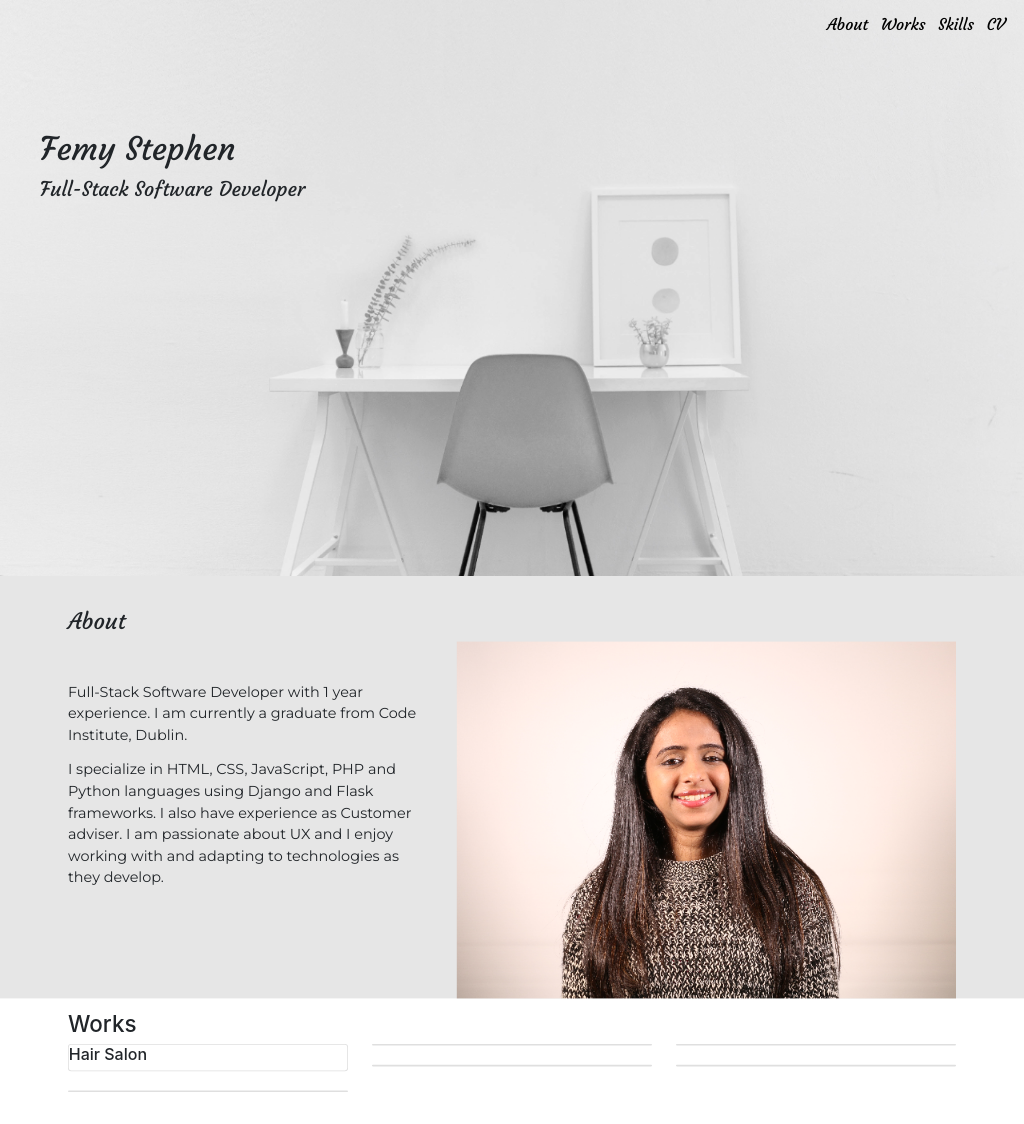
Repository: femy16/FemyStephen
Page: index.html
The author's editor kept a record of every edit. The page is drawn from the files as they stood at one moment, then again after the next edit.
The browser window is 1280 px wide. The pictures show the whole page, at 80% of full size.
Backgrounds fixed to the window are drawn as part of the page. Some web libraries are served in a nearby version.

Above is the page before.
Not found: hover.css

### index.html
<!DOCTYPE html>
<html lang="en">

<head>
    <meta charset="UTF-8">
    <meta name="viewport" content="width=device-width, initial-scale=1.0">
    <meta http-equiv="X-UA-Compatible" content="ie=edge">
    <link href="https://fonts.googleapis.com/css?family=Courgette|Kaushan+Script|Montserrat:300i&display=swap" rel="stylesheet">
    <link rel="stylesheet" href="https://use.fontawesome.com/releases/v5.3.1/css/all.css" integrity="sha384-mzrmE5qonljUremFsqc01SB46JvROS7bZs3IO2EmfFsd15uHvIt+Y8vEf7N7fWAU" crossorigin="anonymous">
    <link rel="stylesheet" href="hover.css" type="text/css" />
    <link rel="stylesheet" href="https://maxcdn.bootstrapcdn.com/bootstrap/4.0.0/css/bootstrap.min.css" integrity="sha384-Gn5384xqQ1aoWXA+058RXPxPg6fy4IWvTNh0E263XmFcJlSAwiGgFAW/dAiS6JXm" crossorigin="anonymous">
    <link rel="stylesheet" href="style.css" type="text/css" />
    <link href="https://fonts.googleapis.com/css?family=Montserrat" rel="stylesheet">
    <title>Femy Stephen</title>
</head>

<body>
    <header id="landing-view">


        <nav class="navbar navbar-expand-md navbar-masthead navbar-default navbar-fixed-top">
            <div class="container topmenu">


                <button class="navbar-toggler" type="button" data-toggle="collapse" data-target="#collapsibleNavbar">
    <span class="fa fa-bars" ></span>
  </button>
            </div>
            <div class="collapse navbar-collapse" id="collapsibleNavbar">
                <ul class="navbar-nav">
                    <li class="nav-item">
                        <a class="nav-link" href="#about">About</a>
                    </li>
                    <li class="nav-item">
                        <a class="nav-link" href="#works">Works</a>
                    </li>
                    <li class="nav-item">
                        <a class="nav-link" href="products.html">Skills</a>
                    </li>
                    <li class="nav-item">
                        <a class="nav-link" href="contac_us.html">CV</a>
                    </li>
                </ul>
            </div>
        </nav>
        <div class="headercontainer">
            <h1 class="name">Femy Stephen</h1>
            <p class="title">Full-Stack Software Developer</p>

        </div>

    </header>
    <!--<div class="spacer"></div>-->
    <main>
        <div id="about">
            <div class="container">
                <h3 class="abouthead">About</h3>
                <div class="row">
                    <p>
                        <div class="col discri">
                            <p>Full-Stack Software Developer with 1 year experience. I am currently a graduate from Code Institute, Dublin.</p>
                            <p>I specialize in HTML, CSS, JavaScript, PHP and Python languages using Django and Flask frameworks. I also have experience as Customer adviser. I am passionate about UX and I enjoy working with and adapting to technologies as
                                they develop.</p>
                        </div>
                        <div class="col"><img src="images/fmimg.JPG"></div>
                </div>
                </p>
            </div>
        </div>


        <div id="works">
            <div class="container">
                <h3 class="workshead">Works</h3>
                <div class="row">
                    <p>
                        <div class="col workbox">
                            <div class="card">
                                <h5>Hair Salon</h5>
                                </div><br />
                                <div class="card">
                                </div><br />

                        </div>
                        <div class="col">
                             <div class="card">
                                </div><br />
                            <div class="card">
                                </div><br />
                        </div>
                        <div class="col">


                                <div class="card">
                                </div><br />
                                <div class="card">
                                </div><br />
                        </div>
                </div>
                </p>
            </div>
        </div>

    </main>

    <footer>

    </footer>



    <script src="https://code.jquery.com/jquery-3.2.1.slim.min.js" integrity="sha384-KJ3o2DKtIkvYIK3UENzmM7KCkRr/rE9/Qpg6aAZGJwFDMVNA/GpGFF93hXpG5KkN" crossorigin="anonymous"></script>
    <script src="https://cdnjs.cloudflare.com/ajax/libs/popper.js/1.12.9/umd/popper.min.js" integrity="sha384-ApNbgh9B+Y1QKtv3Rn7W3mgPxhU9K/ScQsAP7hUibX39j7fakFPskvXusvfa0b4Q" crossorigin="anonymous"></script>
    <script src="https://maxcdn.bootstrapcdn.com/bootstrap/4.0.0/js/bootstrap.min.js" integrity="sha384-JZR6Spejh4U02d8jOt6vLEHfe/JQGiRRSQQxSfFWpi1MquVdAyjUar5+76PVCmYl" crossorigin="anonymous"></script>
</body>

</html>

### style.css
.navbar {
    background-color: transparent;
    text-align:right;

}

.navbar-fixed-top .container {

    text-align: right;
    margin-right: 1%;
    margin-top: 1%;

}
#landing-view {
    background-attachment: fixed;
    background-image: url('images/landing.jpg');
    background-position: bottom;
    background-size: cover;
    height: 100vh;
    width: 100vw;
    margin-bottom: 0px;
    z-index: 1;
}

body{

    /*background-color: #fdfdfd;*/
    width: 100%;
}


/*.spacer {*/
/*    width: 100%;*/
/*    height: 170px;*/
/*}*/


.nav-link {
    font-family: 'Courgette', cursive;
    font-size: 20px;
    color: black;
    padding-left: 40px;
    padding-right: 40px;
}

/*.nav-item {*/
/*    display: inline-block;*/
/*    padding: 10px;*/
/*    padding-left: 40px;*/
/*    padding-right: 40px;*/
/*}*/
.headercontainer{
    margin-top:100px;
   padding-left: 50px;
   font-family: 'Courgette', cursive;

}
.title{
    font-size:25px;

}
.name{
    font-size:40px;
}
#about{
    background-color: #e6e6e6;
}
.abouthead{
    padding-top:40px;
    font-family: 'Courgette', cursive;
}
.discri{
    margin-top:50px;
    font-family: 'Montserrat', sans-serif;
    font-size: 18px;
}

After the next edit:
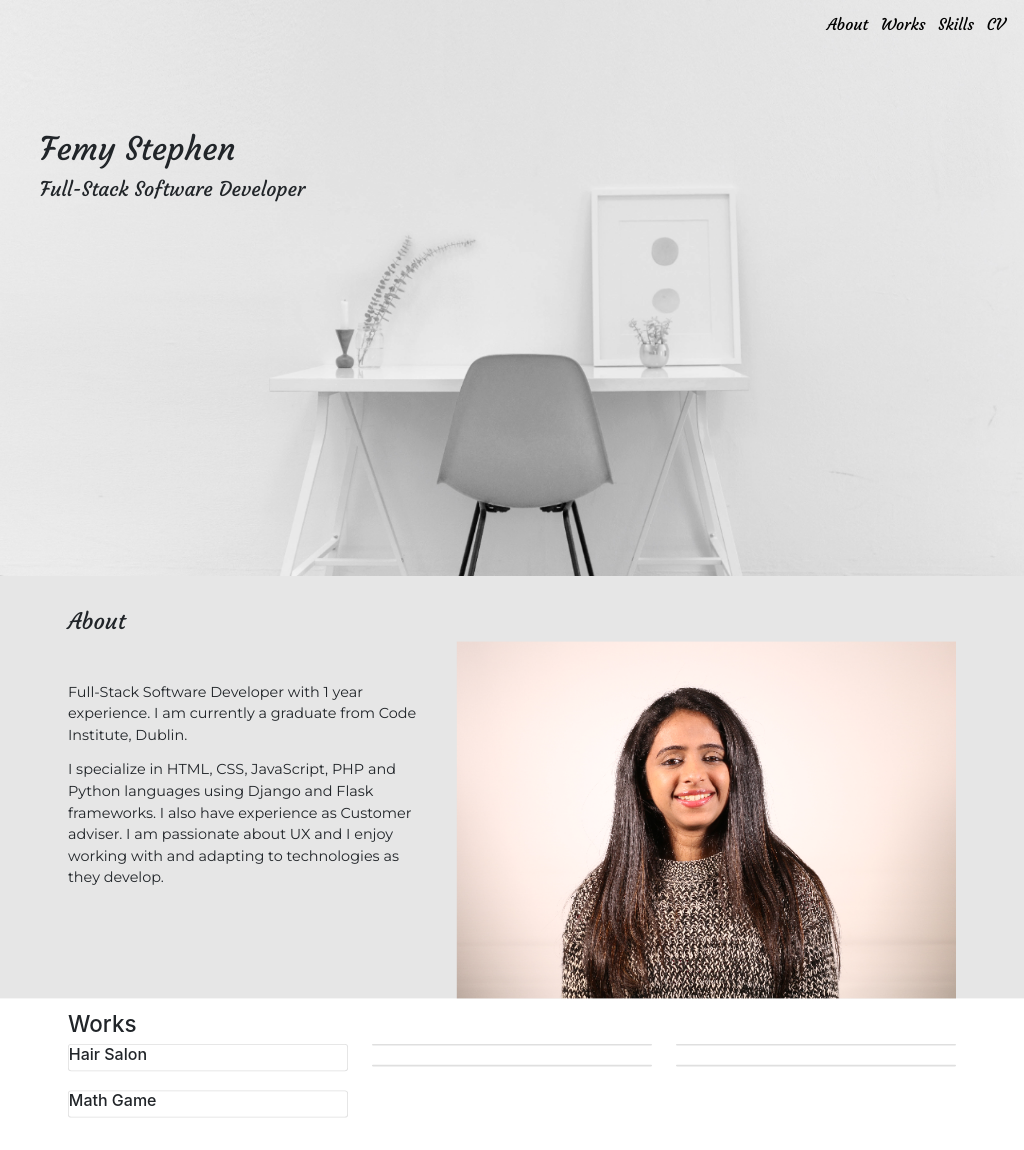
The edit:
--- a/index.html
+++ b/index.html
@@ -79,6 +79,7 @@
                                 <h5>Hair Salon</h5>
                                 </div><br />
                                 <div class="card">
+                                    <h5>Math Game</h5>
                                 </div><br />
 
                         </div>
